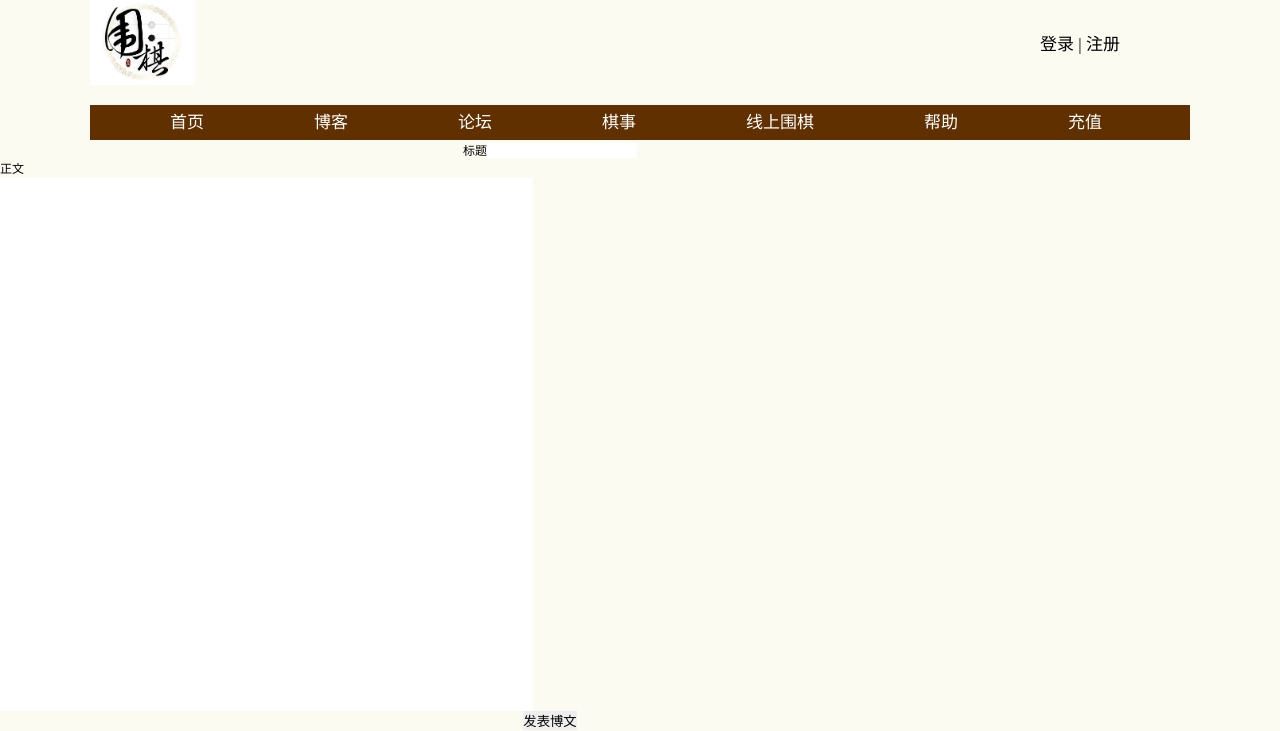
Repository: yxh0/Go
Page: http://localhost/keshe/keshe/blog_post.jsp
The author's editor kept a copy of each file at every save. The page is drawn from the files as they stood at one save, then again after the next save.
The browser window is 1280 px wide. The pictures show the whole page.
The page is served by Tomcat 9. Other server files are loaded and not shown.

Above is the page before, as saved 2020-06-11 04:08:41.

### SoftwareProjectGo/keshe/WebContent/keshe/blog_post.jsp
<%@ page language="java" contentType="text/html; charset=UTF-8"
    pageEncoding="UTF-8"%>
<%@ page import="java.sql.*" %>
<!DOCTYPE html>
<html>
<head>
<meta charset="UTF-8">
<title>博客页面</title>
<link rel="stylesheet" href="css/init.css">
<link rel="stylesheet" href="css/public.css">
<link rel="stylesheet" href="css/blog_post.css">
</head>
<body>
	<div class="header w">
		<div class="logo">
			<img src="images/logo.jpg" alt="" />
		</div>
		<div class="login">
			<ul>
				<li>
					<a href="login.jsp">登录</a> |
					<a href="register.jsp">注册</a>
				</li>
			</ul>
		</div>
	</div>
	<!-- 导航栏 -->
	<div class="nav w">
		<div class="container">
			<ul class="left">
		    	<li><a href="index.jsp" >首页</a></li>
		    	<li><a href="blog.jsp" >博客</a></li>
		    	<li><a href="luntan.jsp" >论坛</a></li>
		    	<li><a href="qishi.jsp" >棋事</a></li>
		    	<li><a href="xianshangweiqi.jsp" >线上围棋</a></li>
		    	<li><a href="bangzhu.jsp" >帮助</a></li>
		    	<li><a href="chongzhi.jsp" >充值</a></li>
			</ul>
  		</div>
	</div>
	<div class="blogg">
		<div class="border w"></div>
		<form action="insertServlet?dataBase=weiqiluntan&tableName=chess_user" name="register" method="post">
			<center>标题<input name="blog_title" type="text" type="password" class="code"><br></center>
				正文<br><input name="blog_text" style="width:40em; height:40em" type="text" placeholder="" class="code"><br>
			<center><input type="submit" value="发表博文" class="now-register"></center>
         </form>
	</div>
</body>
</html>

### SoftwareProjectGo/keshe/WebContent/keshe/css/init.css
@charset "UTF-8";
/* 基础的初始化 */
* {
    margin: 0;
    padding: 0;
    box-sizing: border-box;
}
/* em 和 i 斜体的文字不倾斜 */
em,
i {
    font-style: normal
}

li {
    list-style: none
}

img {
    border: 0;
    vertical-align: middle
}

button {
    cursor: pointer
}

a {
    text-decoration: none
}

button,
input {
    font-family: Microsoft YaHei, Heiti SC, tahoma, arial, Hiragino Sans GB, "\5B8B\4F53", sans-serif;
    /* 默认有灰色边框我们需要手动去掉 */
    border: 0;
    outline: none;
}

body {
    -webkit-font-smoothing: antialiased;
    background-color: #fff;
    font: 12px/1.5 Microsoft YaHei, Heiti SC, tahoma, arial, Hiragino Sans GB, "\5B8B\4F53", sans-serif;
    color: black;
}

.hide,
.none {
    display: none
}
/* 清除浮动 */
.clearfix:after {
    visibility: hidden;
    clear: both;
    display: block;
    content: ".";
    height: 0
}

.clearfix {
    *zoom: 1
}

### SoftwareProjectGo/keshe/WebContent/keshe/css/public.css
@charset "UTF-8";
/* 版心 */
body {
	background-color: #fcfbf1;
}
.w {
    width: 1100px;
    margin: 0 auto;
}
.nav {
    height: 35px;
    background-color: #603000;
    line-height: 35px;
}
.nav ul li{
	float: left;
}
.nav li a{
	color: white;
	font-size: 17px;
	border-right: 20px;
	padding: 20px 30px;
	margin-left: 50px;
}
.nav li a:hover{
	color: yellow;
}
.header {
    position: relative;
    height: 105px;
}
.logo {
	position: absolute;
	width: 105px;
	height: 85px;
}
.logo img {
	width: 100%;
	height: 100%;
}
.login {
	margin-left: 950px;
	margin-top: 30px;
	position: absolute;
	font: 17px Microsoft YaHei;
	text-align: center;
}
.login li a{
	color: black;
}
.login li a:hover {
	color: #ebc21f;
}
.footer p {
    width: 250px;
    font-size: 20px;
    color: #7B7B7B;
    margin: 60px auto;
}

### SoftwareProjectGo/keshe/WebContent/keshe/css/blog_post.css
@charset "UTF-8";
.big {
	margin-top: 20px;
}
.self {
	float: left;
	margin-right: 30px;
}
.big .self h4,
.big .blogg h4 {
	width: 250px;
	border-bottom: solid 1px #603000;
	margin-bottom: 15px;
	font-size: 15px;
	weight: 500;
	color: #8f6a40;
}
.big .self button {
	width: 120px;
    height: 30px;
    margin: 10px 65px;
    border: 1px solid #E2E2E2;
    text-align: center;
    line-height: 30px;
    font-size: 15px;
    color: #000;
    background: #ededf1;
}
.big .self .info {
	margin-top: 15px;
	margin-left: 75px;
}
.big .self .info p{
	font-size: 14px;
	weight: 500;
	color: #909090;
}
.blogg {
	float: left;
}
.big .blogg h4,
.big .blogg .cont {
	width: 820px;
}
.big .blogg .cont h2 {
	margin: 5px;
}
.big .blogg .cont a {
	color: #000;
}
.big .blogg .cont a:hover {
	color: #ebc21f;
}
.big .blogg .cont p {
	margin-bottom: 35px;
	color: #8a8a8a;
}
.big .blogg .cont .people {
	font-size: 13px;
}

After the next save:
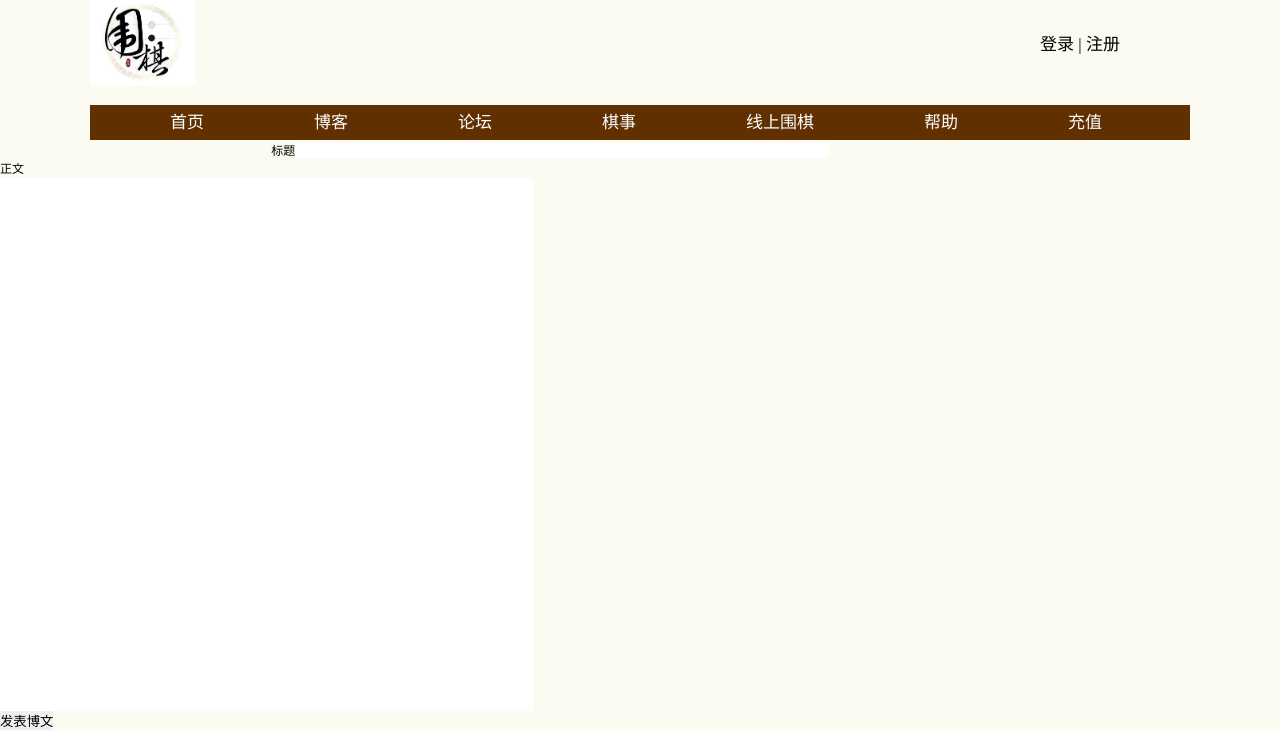
Saved 45 s later.
--- a/SoftwareProjectGo/keshe/WebContent/keshe/blog_post.jsp
+++ b/SoftwareProjectGo/keshe/WebContent/keshe/blog_post.jsp
@@ -41,9 +41,9 @@
 	<div class="blogg">
 		<div class="border w"></div>
 		<form action="insertServlet?dataBase=weiqiluntan&tableName=chess_user" name="register" method="post">
-			<center>标题<input name="blog_title" type="text" type="password" class="code"><br></center>
+			<center>标题<input name="blog_title" style="width:40em" type="text" type="password" class="code"><br></center>
 				正文<br><input name="blog_text" style="width:40em; height:40em" type="text" placeholder="" class="code"><br>
-			<center><input type="submit" value="发表博文" class="now-register"></center>
+			<input type="submit" value="发表博文" class="now-register"></center>
          </form>
 	</div>
 </body>
